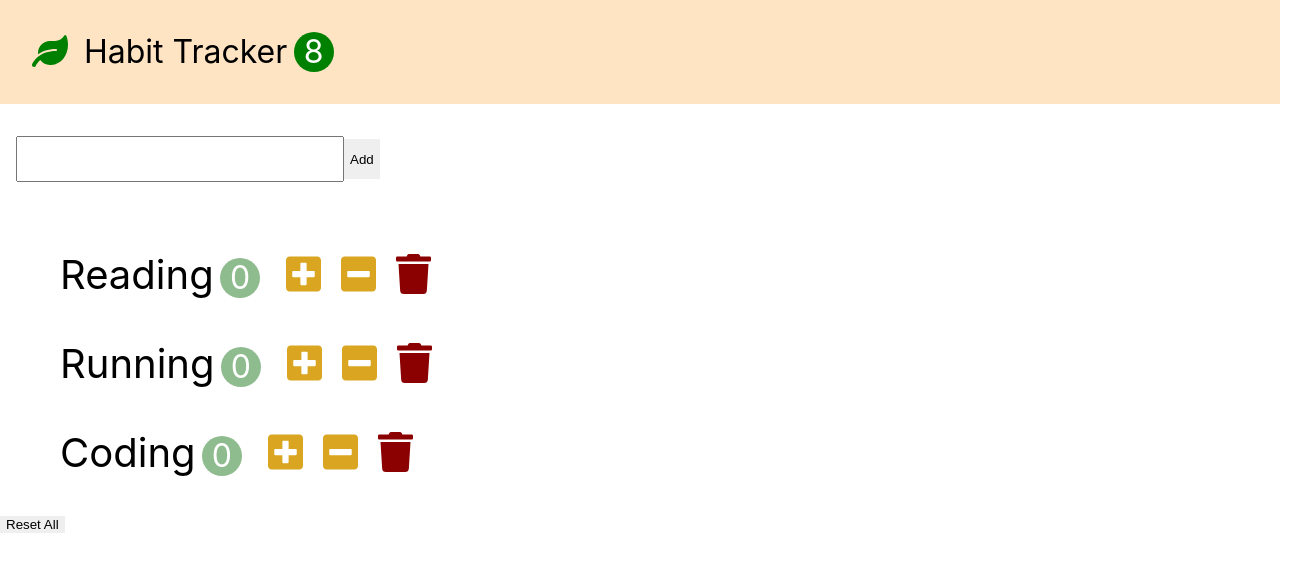
Repository: keehoonjung/react-habit-tracker
Page: / (app in react/habit-tracker/)
The author's editor kept a copy of each file at every save. The page is drawn from the files as they stood at one save, then again after a run of saves.
The browser window is 1280 px wide. The page is 1312 px wide, so the pictures cover 1312 px, including what lies to the right of the window. The pictures show the whole page.
The project was rebuilt for these pictures with package versions that can differ from the ones it lists, and the page was loaded fresh each time.

Above is the page before, as saved 2021-08-30 18:36:22.

After the next 4 saves:
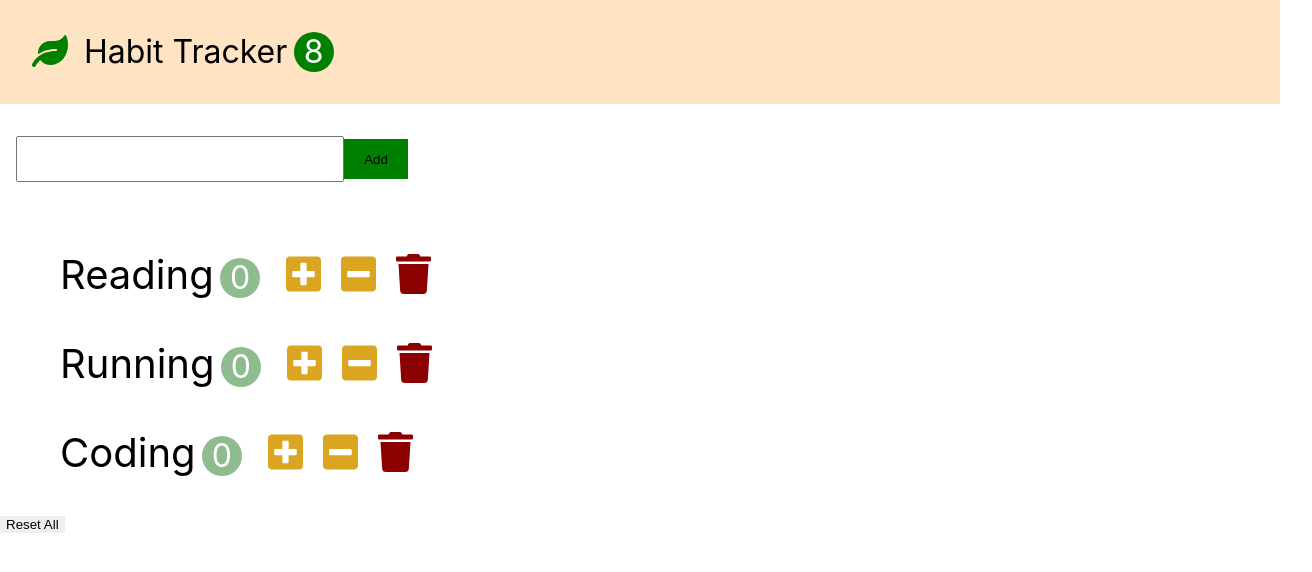
The 4 saves are shown as one change because they came seconds apart.
The last was saved 15 s later.
--- a/react/habit-tracker/src/app.css
+++ b/react/habit-tracker/src/app.css
@@ -41,6 +41,8 @@ button {
 
 .habit-input {
   height: 2.5rem;
+  width: 4rem;
+  background-color: green;
 }
 
 .habit {
